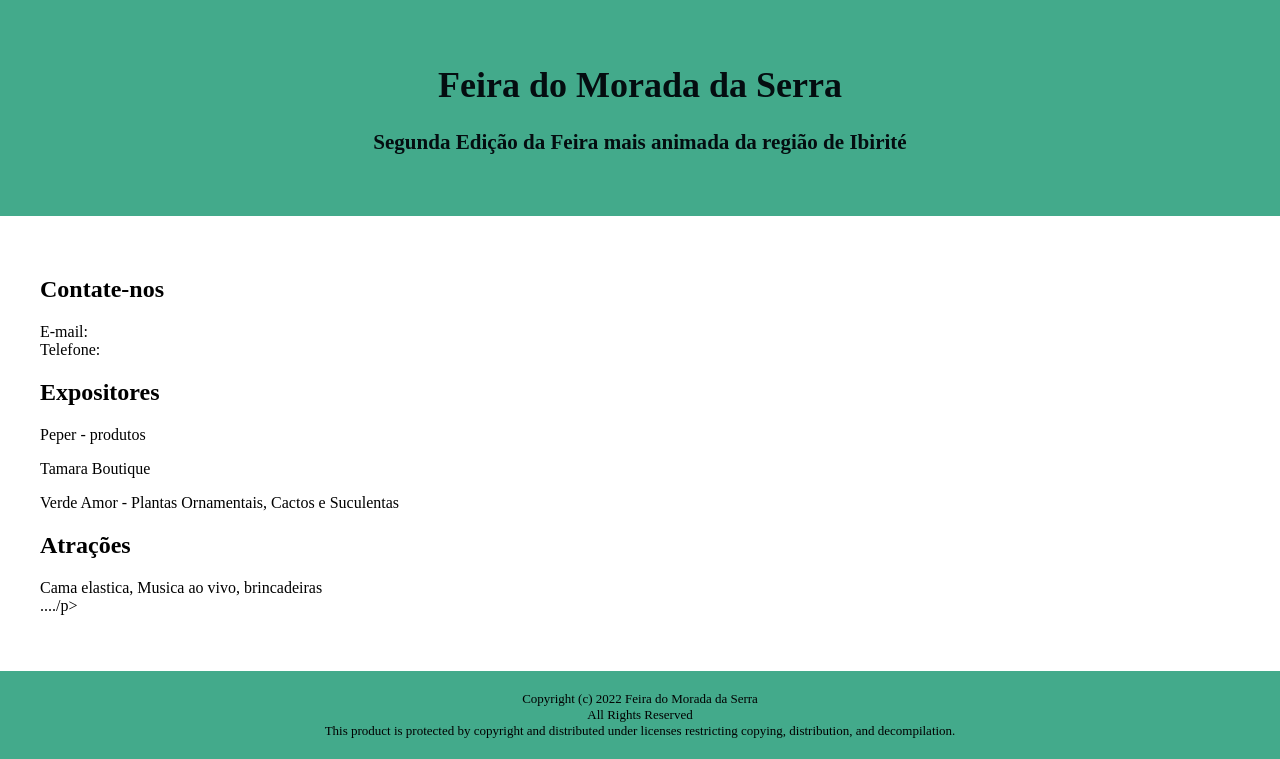
Repository: valerianogueirasilva/feiraibirite
Page: SoacialProject/Index.html
The author's editor kept a copy of each file at every save. The page is drawn from the files as they stood at one save, then again after the next save.
The browser window is 1280 px wide. The pictures show the whole page.

Above is the page before, as saved 2022-07-11 15:21:31.

### SoacialProject/Index.html
<!DOCTYPE html>
<html>
<head>
<meta charset="ISO-8859-1">
<title> Feira Social do Morada da Serra </title>
<link rel="stylesheet" type="text/css" href="Css/cssfile.css" >

<div id="DivHeaderId" class=DivHeaderClass">
<header id="HeaderId" class="HeaderClass">
<h1 id="H1HeaderId" class="H1HeaderClass">Feira do Morada da Serra</h1>
<h3 id="H3HeaderId" class="H3HeaderClass">Segunda Edição da Feira mais animada da região de Ibirité</h3>
</header>
</div>


</head>
<body>

<div id= "DivRowId" class="DivRowClass">
  <div id="ColumnRigthId" class="ColumnRigthClass">
    <h2>Contate-nos</h2>
    <p>E-mail: <br> Telefone: <br> </p>
  </div>

  <div ide="ColumnMiddleId" class="ColumnMiddleClass">
    <h2>Expositores</h2>
    <p id="PeperId" Class="PeperClass"> Peper - produtos </p>
    <p> Tamara Boutique </p>
    <p id="VerdeAmorId" class="VerdeAmorClass"> Verde Amor - Plantas Ornamentais, Cactos e Suculentas</p>
    <p></p>
    <p></p>
    <p></p>
    <p></p>
    <p></p>
    <p></p>
    <p></p>
    <p></p>
    <p></p>
    <p></p>
    <p></p>
    <p></p>
    <p></p>
    <p></p>
    <p></p>
    <p></p>
    <p></p>
    <p></p>
    <p></p>
    <p></p>
    <p></p>
    <p></p>
    <p></p>
    <p></p>
    <p></p>

  </div>

<div id="ColumnLeftId" class="ColumnLeftClass"">
    <h2>Atrações</h2>
    <p>Cama elastica, Musica ao vivo, brincadeiras ..../p>
  </div>
</div>


<footer ide="FooterId" class="FooterClass" >Copyright (c) 2022 Feira do Morada da Serra <br> All Rights Reserved <br>

This product is protected by copyright and distributed under
licenses restricting copying, distribution, and decompilation. </footer>

</body>
</html>

### SoacialProject/Css/cssfile.css
/*
Author: Valeria Nogueira
Date: 11 july 2022
Section: Social Project

https://coolors.co/f94144-f3722c-f8961e-fdc9b0-f9c74f-74a94c-43aa8b-4f9290-ffffff-040d10
*/

.HeaderClass {
   text-align: center;
   background: #43AA8B;
   padding: 40px;
   font-size: 18px;
   color: #040D10;
}

body {
  margin: 0;
}


.DivRowClass{
	float: center;
	padding: 40px;
}


.column {
  float: left;
  padding: 10px;
}

.ColumnRigthClass {
	width: 25%;
}
.ColumnMiddleClass{
	width: 50%;
}

.ColumnLeftClass {
	width: 25%;
}

/* Clear floats after the columns */
.row:after {
  content: "";
  display: table;
  clear: both;
}








.FooterClass {
	text-align: center;
	padding: 20px;
	background: #43AA8B;
	font-size: 13px;
}

After the next save:
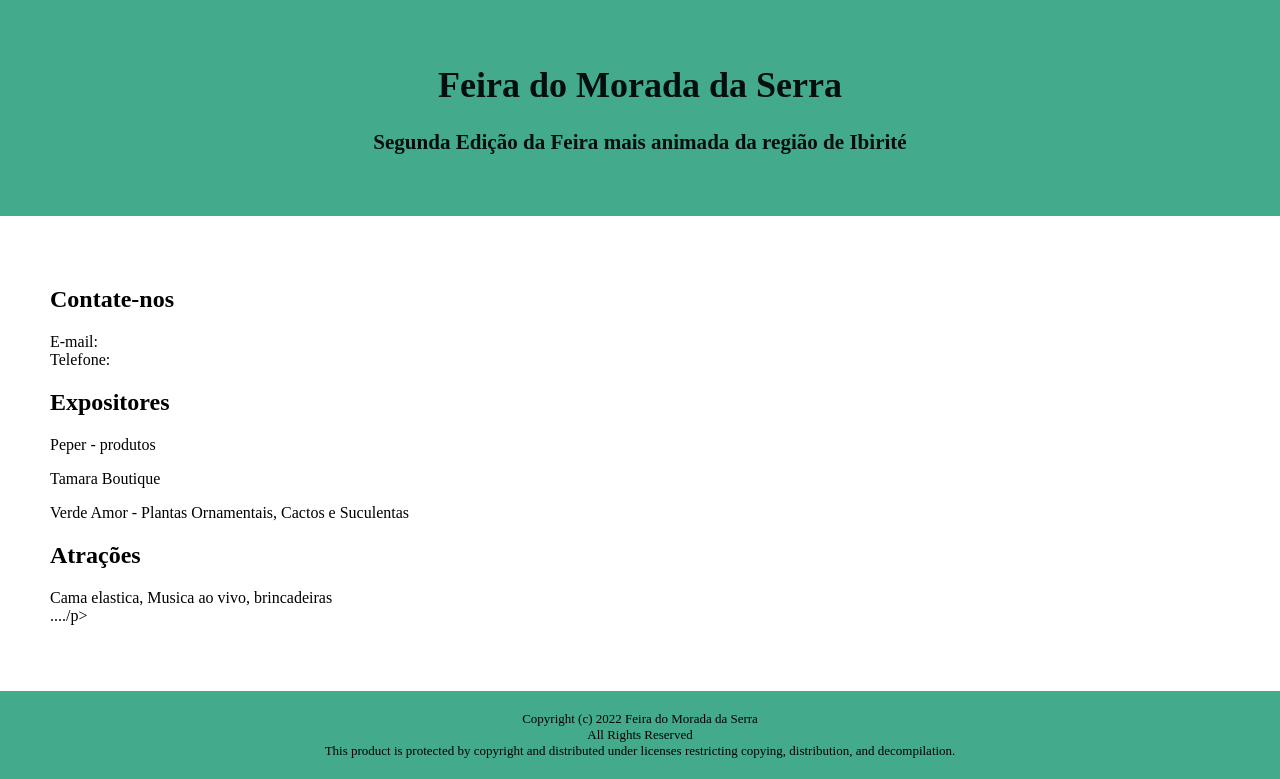
Saved 9 s later.
--- a/SoacialProject/Css/cssfile.css
+++ b/SoacialProject/Css/cssfile.css
@@ -21,7 +21,7 @@ body {
 
 .DivRowClass{
 	float: center;
-	padding: 40px;
+	padding: 50px;
 }
 
 
